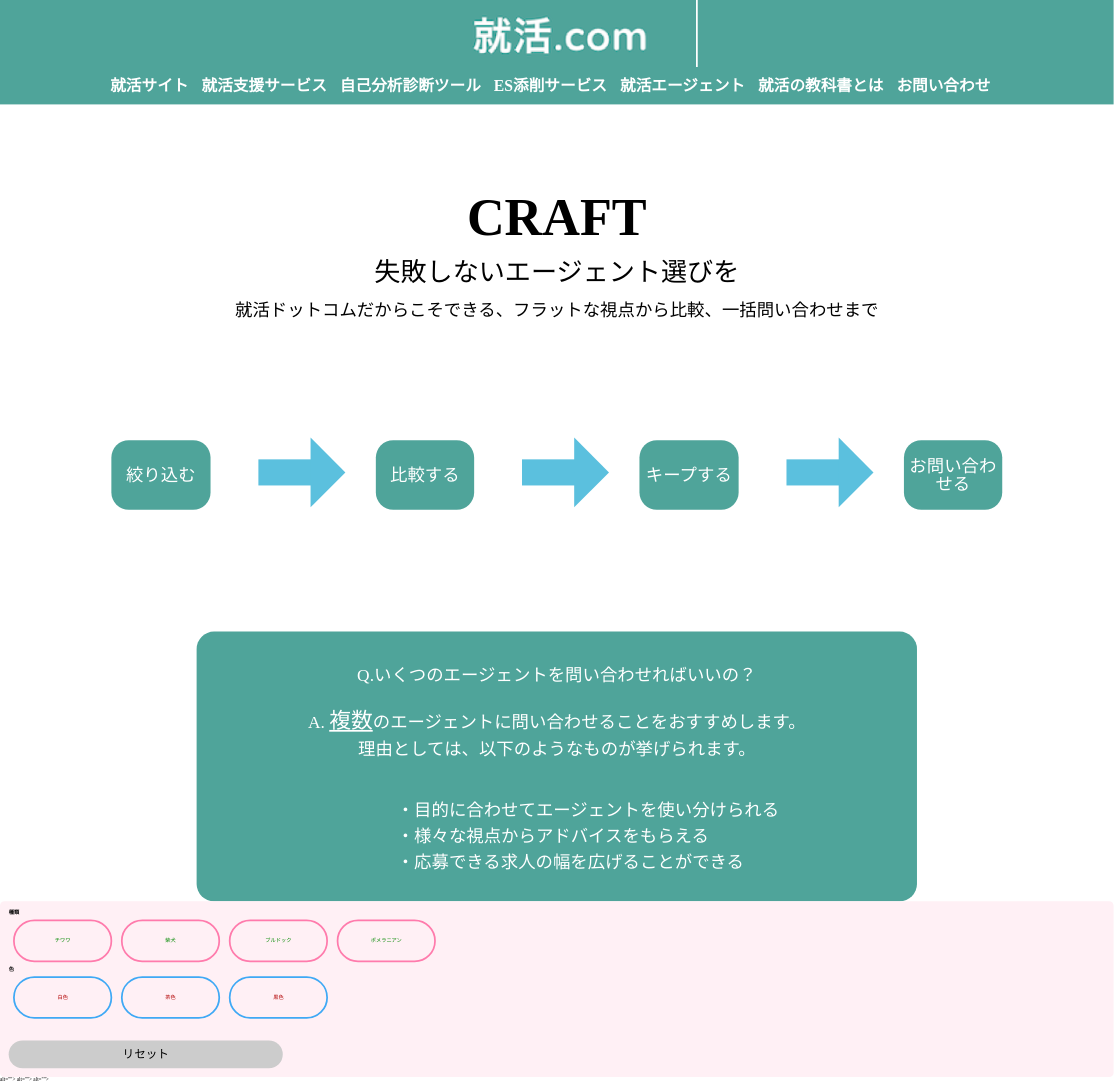
Repository: posse-ap/-teamdev-2022-posse2-team2E-
Page: src/index.html
The author's editor kept a copy of each file at every save. The page is drawn from the files as they stood at one save, then again after the next save.
The browser window is 1280 px wide. The pictures show the whole page, at 87% of full size.

Above is the page before, as saved 2022-04-19 16:56:06.
Console error: ReferenceError: $ is not defined

After the next save:
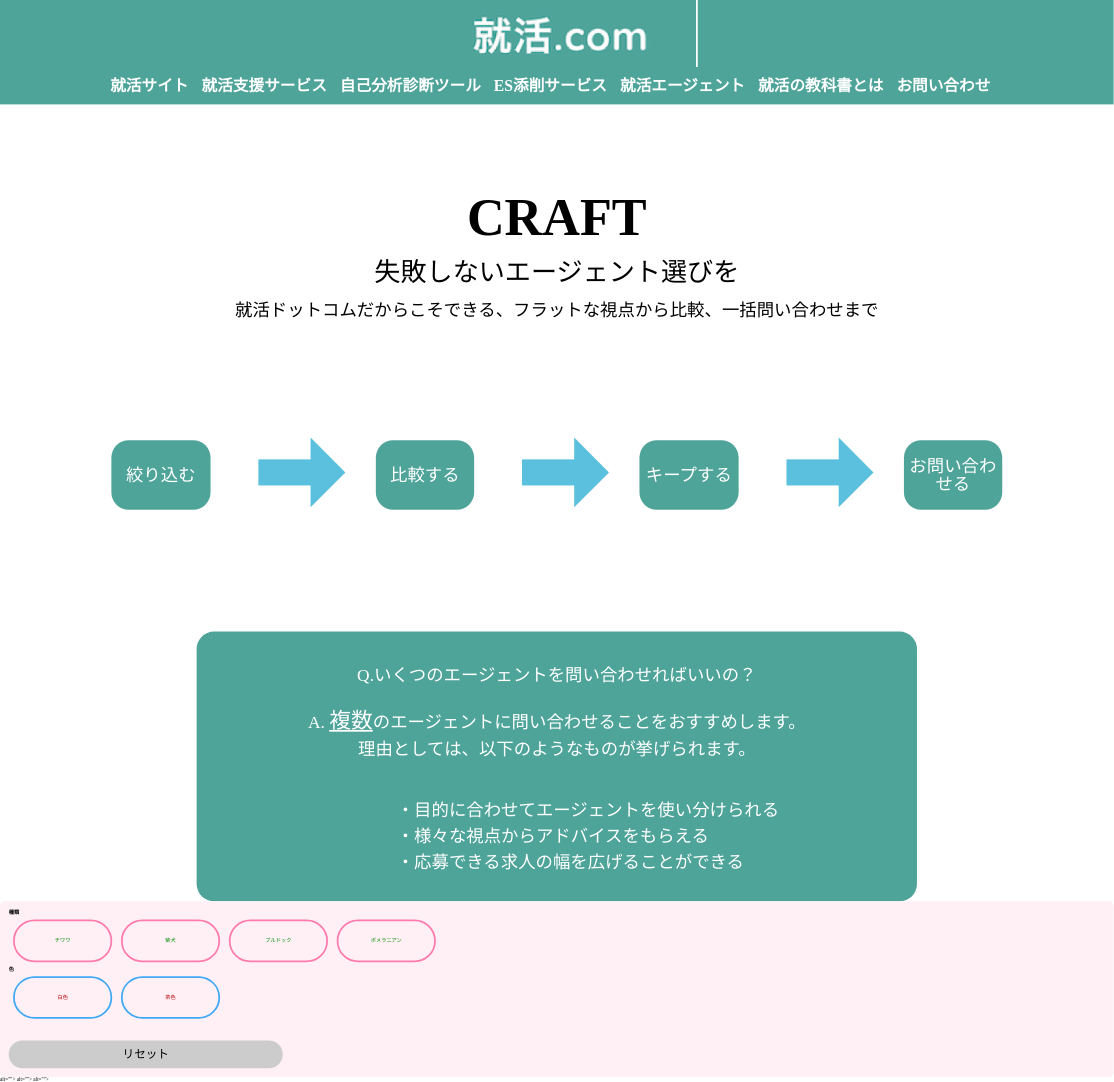
Saved 8 s later.
--- a/src/index.html
+++ b/src/index.html
@@ -90,9 +90,9 @@
                                     <li><input type="radio" name="size" value="茶色" id="brown"><label for="brown"
                                                     class="label">茶色</label>
                                     </li>
-                                    <li><input type="radio" name="size" value="黒色" id="black"><label for="black"
+                                    <!-- <li><input type="radio" name="size" value="黒色" id="black"><label for="black"
                                                     class="label">黒色</label>
-                                    </li>
+                                    </li> -->
                             </ul>
                     </div>
                     <!-- <div class="search-box type">
